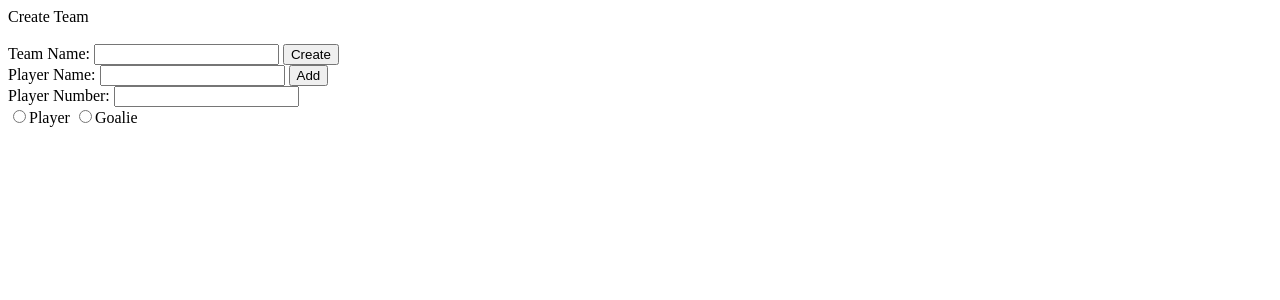
Repository: FredGlozman/SwiftScore
Page: SwiftScore/CreateTeam.html
The author's editor kept a copy of each file at every save. The page is drawn from the files as they stood at one save, then again after the next save.
The browser window is 1280 px wide. The pictures show the whole page.

Above is the page before, as saved 2015-12-01 23:57:56.

### SwiftScore/CreateTeam.html
<html>
<head>
	<title>SwiftScore</title>
</head>

<form action="LeagueConfiguration.php" method="post">
Create Team
<br><br>
Team Name: <input type="text" name="teamName"> <input type= "submit" name= "Create" value= "Create">
<br>
Player Name: <input type="text" name="PlayerName"> <input type= "submit" name= "add" value= "Add">
<br>
Player Number: <input type="text" name="PlayerNumber">
<br>
<input type="radio" name = "Player" value="player">Player
<input type="radio" name = "Goalie" value="goalie">Goalie
<brb><brb>

</form>
</body>
</html>

After the next save:
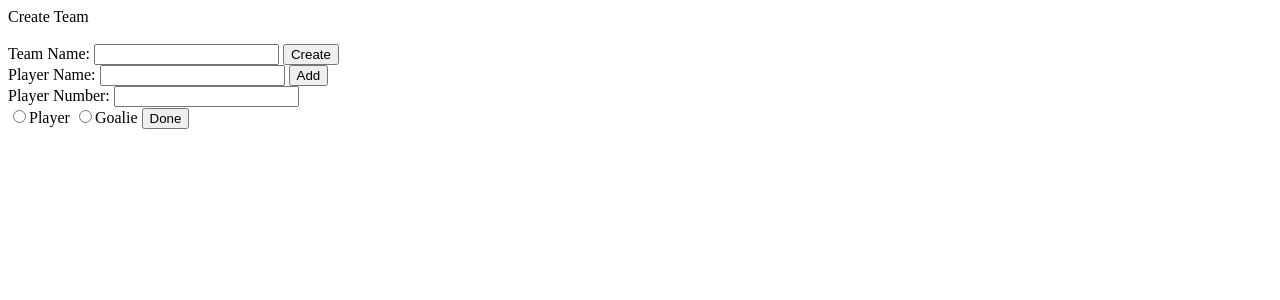
Saved 8 s later.
--- a/SwiftScore/CreateTeam.html
+++ b/SwiftScore/CreateTeam.html
@@ -15,7 +15,7 @@ Player Number: <input type="text" name="PlayerNumber">
 <input type="radio" name = "Player" value="player">Player
 <input type="radio" name = "Goalie" value="goalie">Goalie
 <brb><brb>
-
+<input type= "submit" name= "Done" value= "Done">
 </form>
 </body>
 </html>
